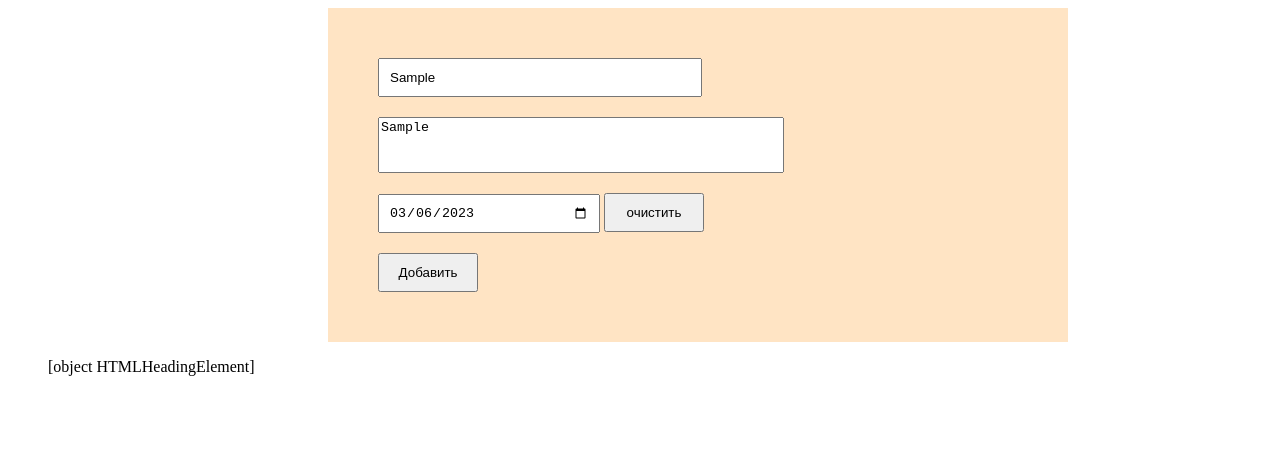
Repository: Grid-Master/commentList
Page: index.html
These files come from the project's save history. The page is drawn as it stood at one moment and after the next save; the edit follows.
The browser window is 1280 px wide. The pictures show the whole page.
Empty fields were first filled with sample values (such as "Sample", 5 or name@example.com).
After loading, the first visible `form` was submitted once.

Above is the page before, as saved 2023-03-07 10:56:02.

After the next save:
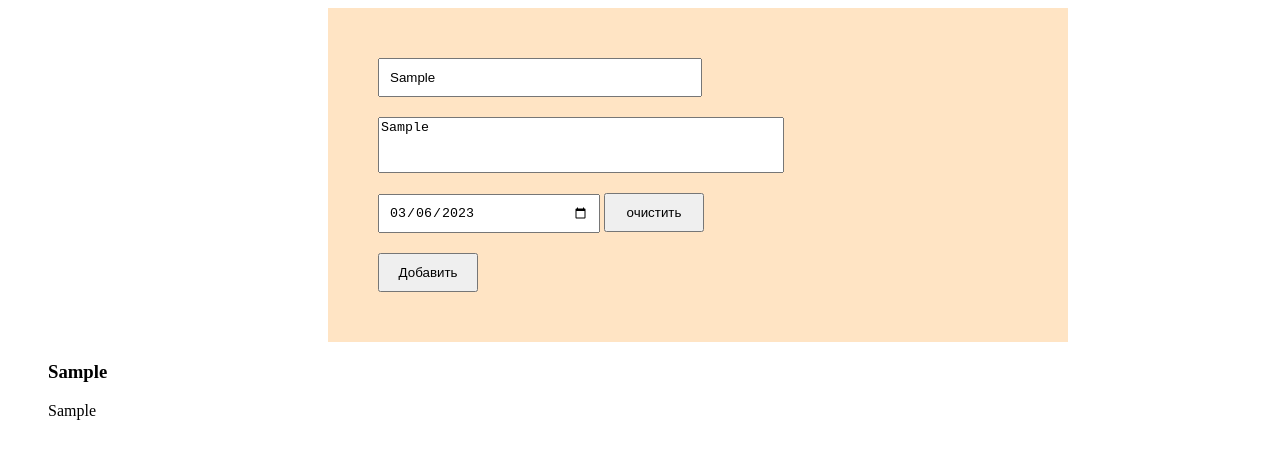
Saved 66 s later.
--- a/script.js
+++ b/script.js
@@ -14,11 +14,13 @@ function addComment() {
 
   let nameEl = document.createElement('h3');
   let commentEl = document.createElement('p');
+  let container = document.createElement('div');
 
   nameEl.innerHTML = name;
   commentEl.innerHTML = comment;
+  container.append(nameEl, commentEl);
 
-  list.append(`${nameEl}`);
+  list.append(container);
   //   list.append(listElem);
 
   //   commentsData.push({
